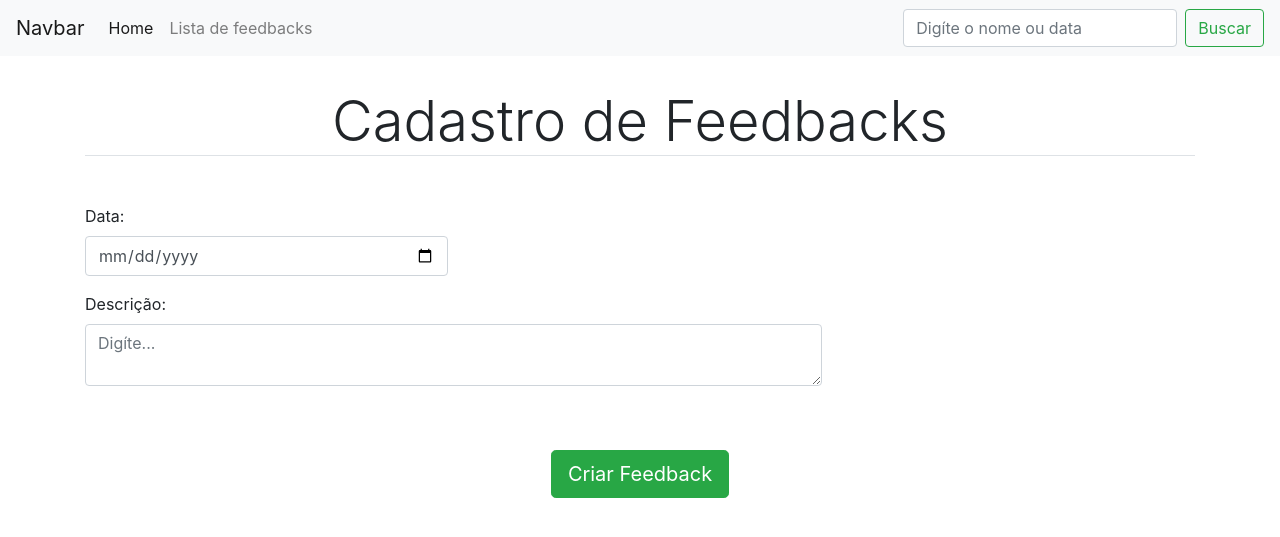
Repository: JulioSantooz/maisViagensSegundaVersao
Page: java-web(eclipse)/java-crud-mais-viagens/src/main/webapp/descricao.html
The author's editor kept a copy of each file at every save. The page is drawn from the files as they stood at one save, then again after the next save.
The browser window is 1280 px wide. The pictures show the whole page.
Some web libraries are served in a nearby version.

Above is the page before, as saved 2022-02-06 15:17:47.

After the next save:
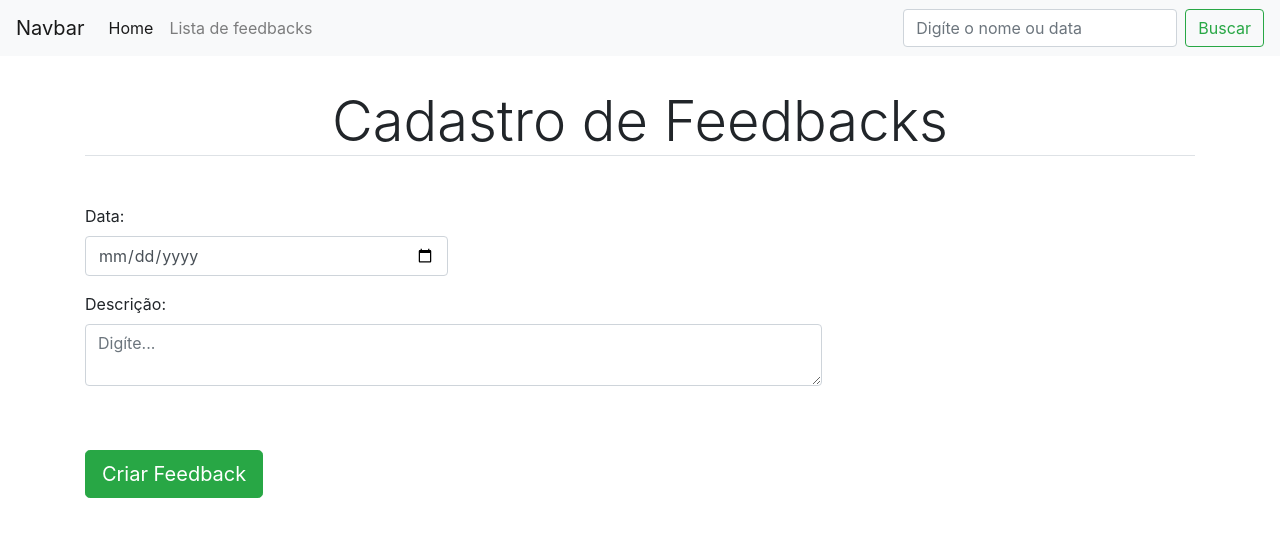
Saved 32 s later.
--- a/java-web(eclipse)/java-crud-mais-viagens/src/main/webapp/descricao.html
+++ b/java-web(eclipse)/java-crud-mais-viagens/src/main/webapp/descricao.html
@@ -44,7 +44,7 @@
                         <textarea class="form-control" id="" placeholder="Digíte..."></textarea>
                     </div>
                 </div>
-                <button type="submit" class="btn btn-lg btn-success my-5">Criar Feedback</button>
+                <button type="submit" class="btn btn-lg btn-success my-5 float-left">Criar Feedback</button>
             </form>
 		</div>
 	</div>
